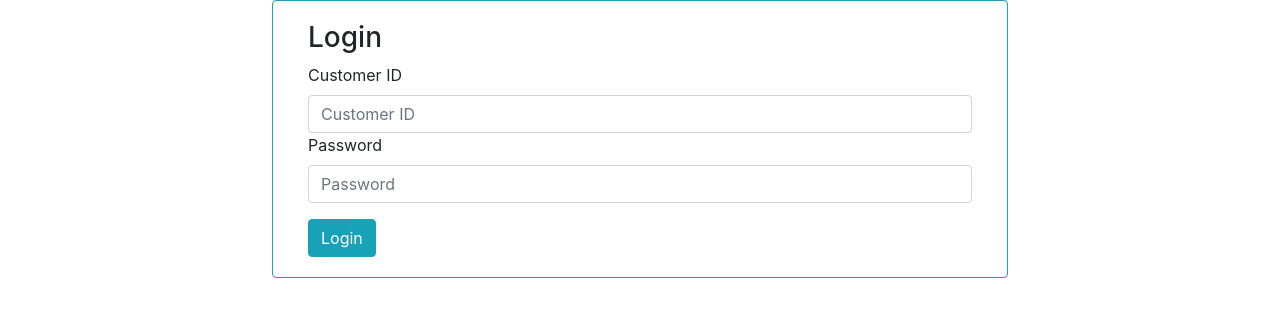
Repository: hrishibhattu/CodeFury-Internal-2
Page: http://localhost/ToYoDo/JSP/customerLogin.jsp
An editor plug-in stored every save of this project. The page is shown before and after the next save, followed by the edit.
The browser window is 1280 px wide. The pictures show the whole page.
Some web libraries are served in a nearby version. The page is served by Tomcat 9.

Above is the page before, as saved 2021-09-17 19:14:25.

After the next save:
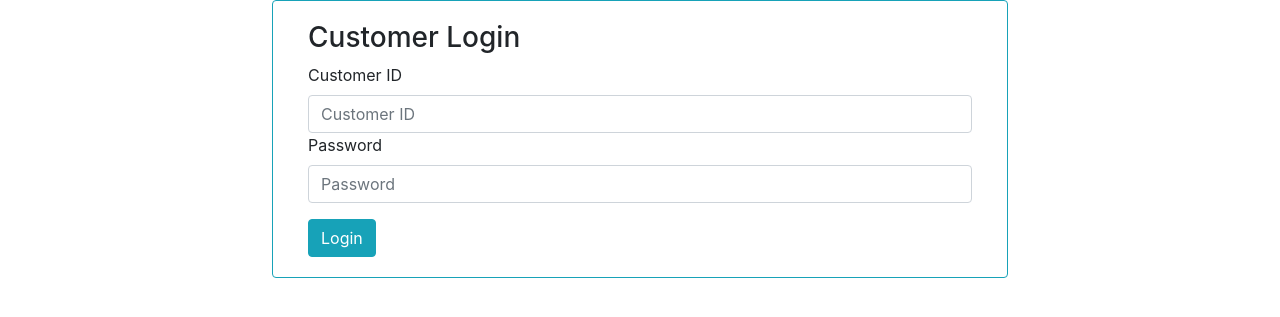
Saved 16 s later.
--- a/ToYoDo/WebContent/JSP/customerLogin.jsp
+++ b/ToYoDo/WebContent/JSP/customerLogin.jsp
@@ -40,7 +40,7 @@
 		<div class="card-body">
 			<form class="needs-validation" novalidate method="POST"
 				onsubmit="return main()" action="/toyodo/CustomerLogin">
-				<h3>Login</h3>
+				<h3>Customer Login</h3>
 				<div class="form-group">
 					<label for="validUsername">Customer ID</label>
 						<input type="text" class="form-control" id="customerID"
